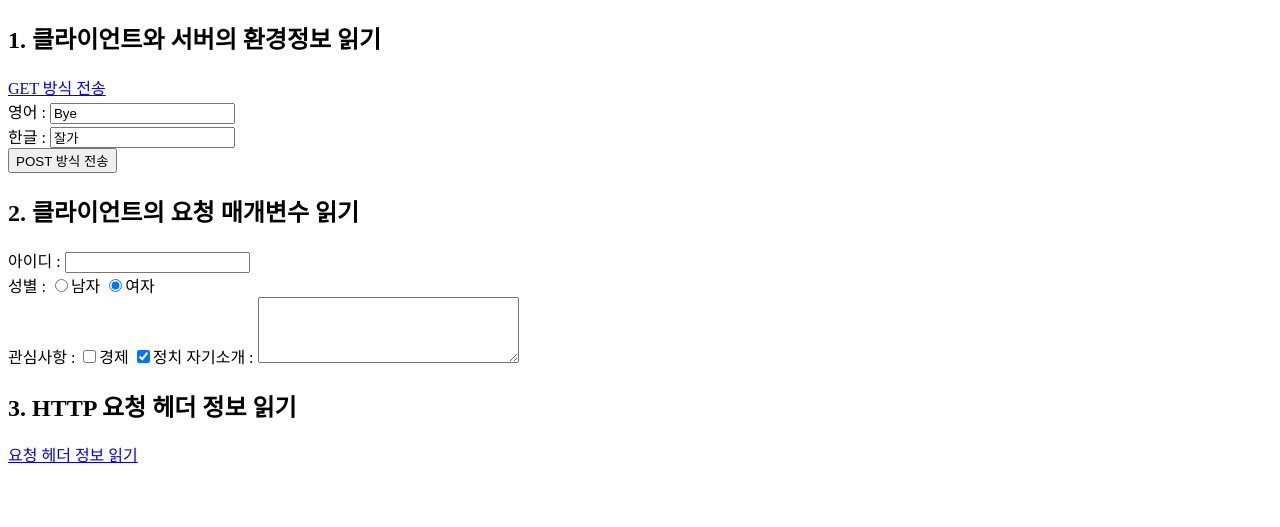
Repository: EunJi9739/02Workspaces
Page: http://localhost/MustHaveJSP/02ImplicitObject/RequestMain.jsp
An editor plug-in stored every save of this project. The page is shown before and after the next save, followed by the edit.
The browser window is 1280 px wide. The pictures show the whole page.
The page is served by Tomcat 9. Other server files are loaded and not shown.

Above is the page before, as saved 2023-10-05 07:08:59.

### eclipse-workspace/MustHaveJSP/WebContent/02ImplicitObject/RequestMain.jsp
<%@ page language="java" contentType="text/html; charset=UTF-8"
    pageEncoding="UTF-8"%>
<!DOCTYPE html>
<html>
<head>
<meta charset="UTF-8">
<title>내장객체 - request</title>
</head>
<body>
	<h2>1. 클라이언트와 서버의 환경정보 읽기</h2>
	<a href="RequestWebInfo.jsp?eng=Hello&han=안녕">
	GET 방식 전송
	</a>
	<br/>
	<form action="RequestWebInfo.jsp" method="post">
		영어 : <input type="text" name="eng" value="Bye"><br/>
		한글 : <input type="text" name="han" value="잘가"><br/>
		<input type="submit" value="POST 방식 전송" >
	</form>

	<h2>2. 클라이언트의 요청 매개변수 읽기</h2>
	<form method="post" action="RequestParameter.jsp">
		아이디 : <input type="text" name="id" value=""><br>
		성별 :
		<input type="radio" name="sex" value="man">남자
		<input type="radio" name="sex" value="woman" checked="checked">여자
		<br>
		관심사항 :
		<input type="checkbox" name="favo" value="eco">경제
		<input type="checkbox" name="favo" value="pol" checked="checked">정치
		자기소개 :
		<textarea name="intro" cols="30" rows="4"></textarea>
		<br>
		</form>

		<h2>3. HTTP 요청 헤더 정보 읽기</h2>
		<a href="RequestHeader.jsp">
			요청 헤더 정보 읽기
		</a>
</body>
</html>

After the next save:
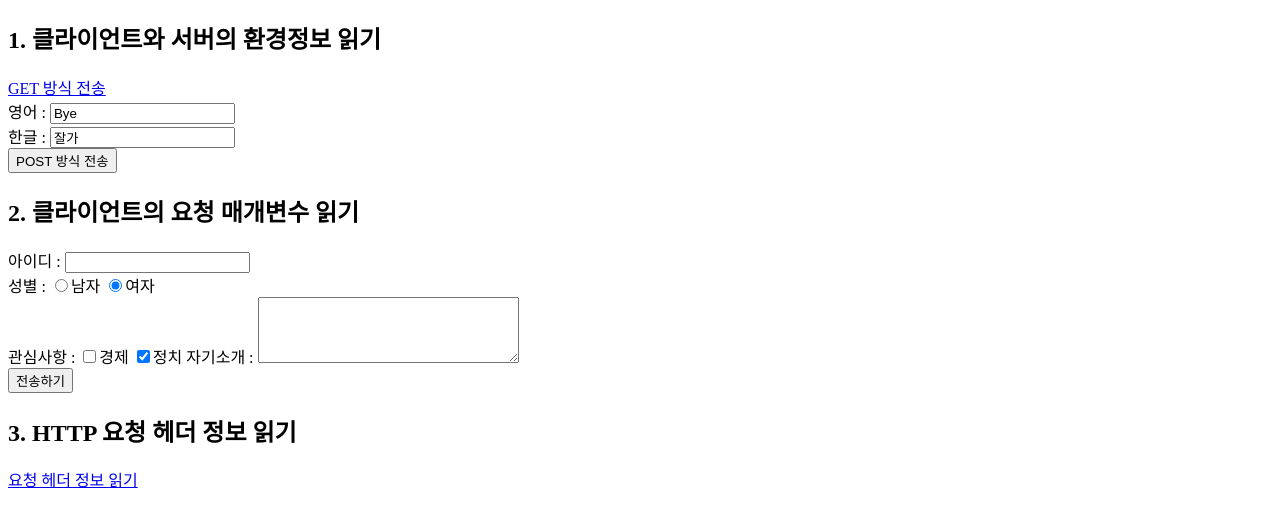
Saved 82 s later.
--- a/eclipse-workspace/MustHaveJSP/WebContent/02ImplicitObject/RequestMain.jsp
+++ b/eclipse-workspace/MustHaveJSP/WebContent/02ImplicitObject/RequestMain.jsp
@@ -31,6 +31,7 @@
 		자기소개 :
 		<textarea name="intro" cols="30" rows="4"></textarea>
 		<br>
+		<input type="submit" value="전송하기">
 		</form>
 
 		<h2>3. HTTP 요청 헤더 정보 읽기</h2>
